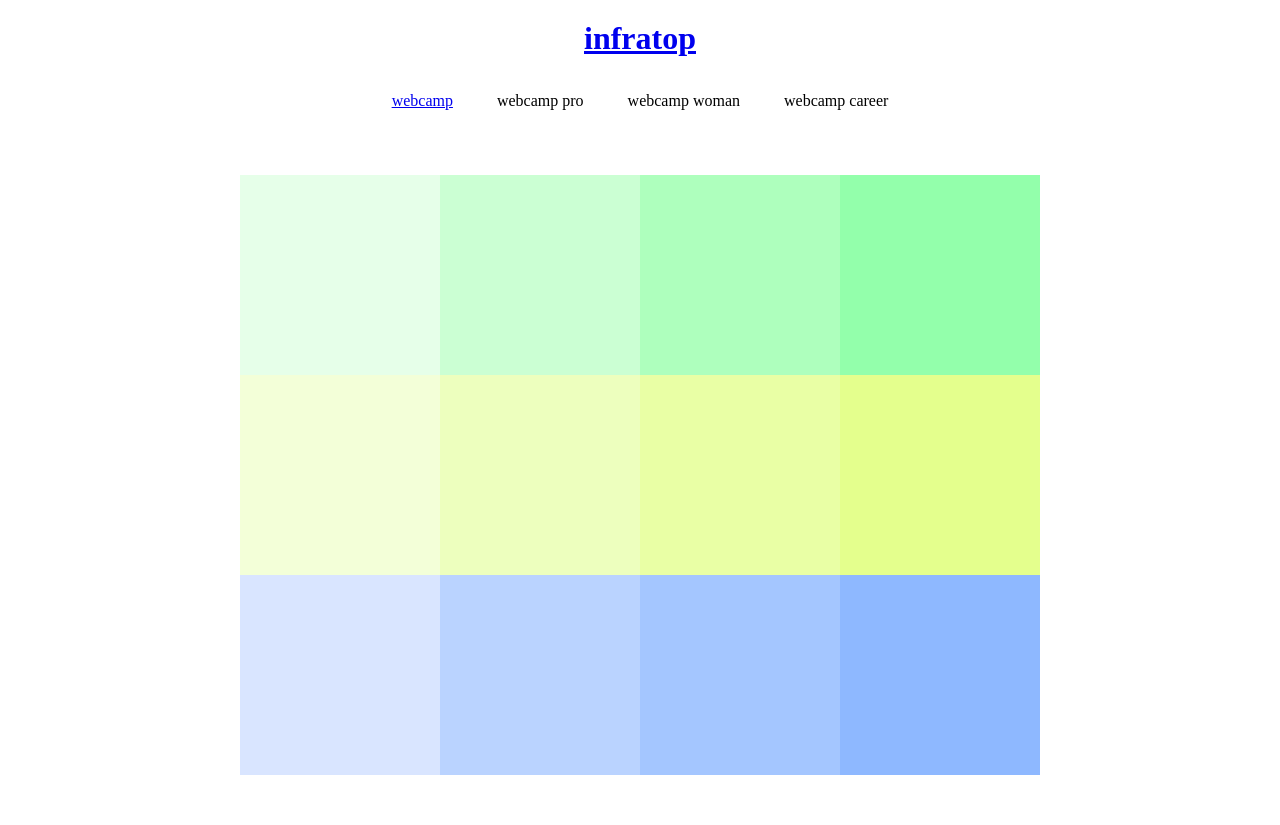
Repository: kk-um/advance1
Page: 演習/5.html
The author's editor kept a record of every edit. The page is drawn from the files as they stood at one moment, then again after the next edit.
The browser window is 1280 px wide. The pictures show the whole page.

Above is the page before.

After the next edit:
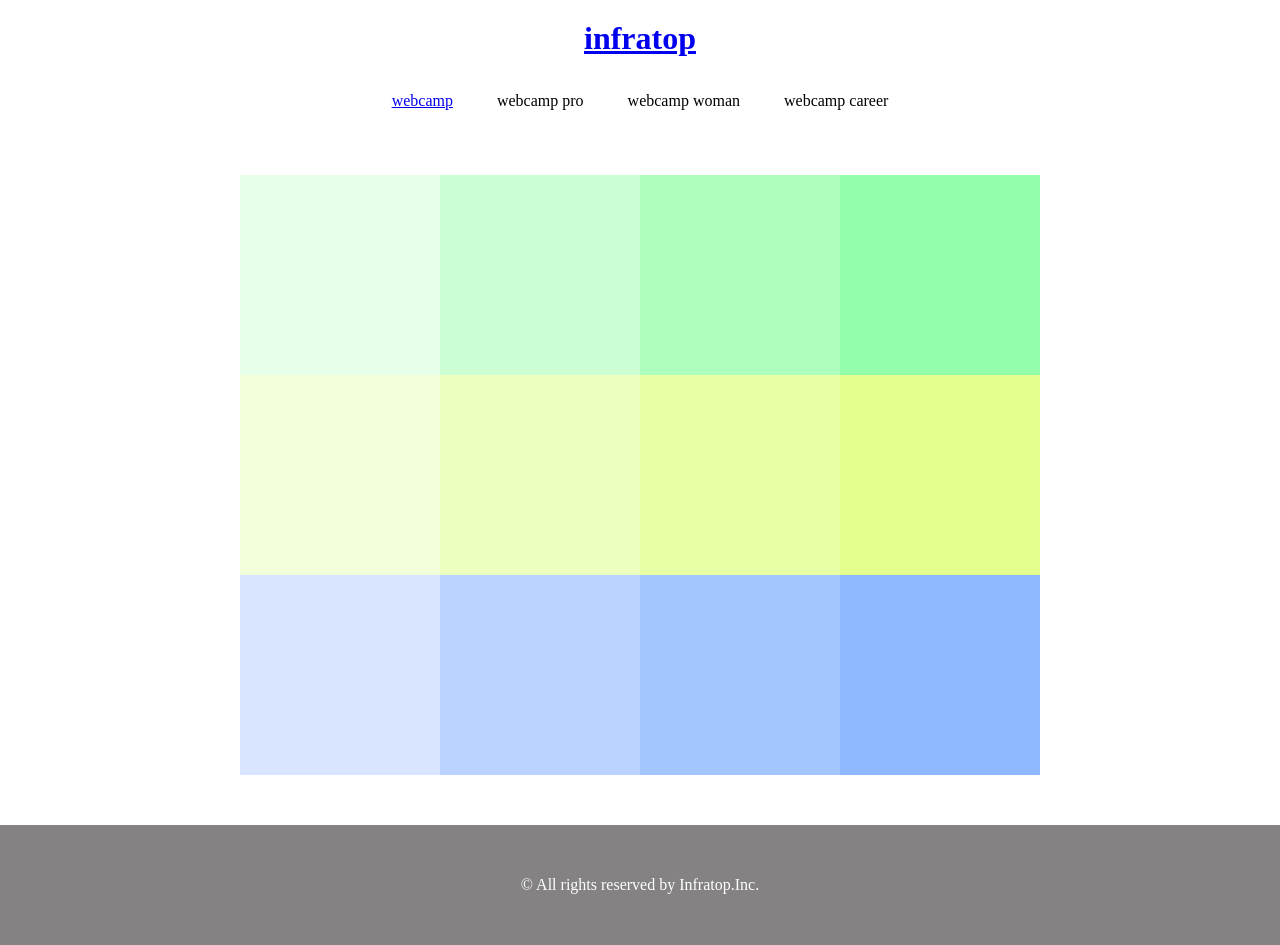
The edit:
--- a/演習/5.html
+++ b/演習/5.html
@@ -39,4 +39,8 @@
         <div class="box12"></div>
       </div>
   </body>
+
+  <footer>
+    <p class="footer-text">© All rights reserved by Infratop.Inc.</p>
+  </footer>
 </html>
